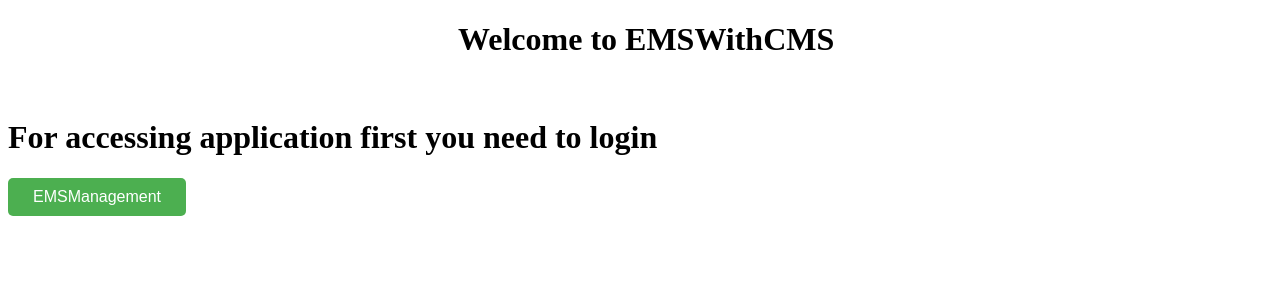
Repository: varnittyagi120/javaproject2
Page: eclipse-workspaceone/CMSWithEMSUsingServletInOptmiseWay/WebContent/index.html
An editor plug-in stored every save of this project. The page is shown before and after the next save, followed by the edit.
The browser window is 1280 px wide. The pictures show the whole page.

Above is the page before, as saved 2019-11-19 09:24:43.

### eclipse-workspaceone/CMSWithEMSUsingServletInOptmiseWay/WebContent/index.html
<!DOCTYPE html>
<html>
<style>
.button{
  background-color: #4CAF50;
  border: none;
  color: white;
  padding: 10px 25px;
  text-align: center;
  text-decoration: none;
  display: inline-block;
  font-size: 16px;

  border-radius:5px;
}

</style>
<body>
        <h1 style='margin-left:450px'>Welcome to EMSWithCMS</h1>
        <br>
        <h1 style='margin-left:'>For accessing application first you need to login</h1>
	    <a href = "StartOfEMS"><button style='margin-left:px'class="button" >EMSManagement</button></a><br><br>
</body>
</html>

After the next save:
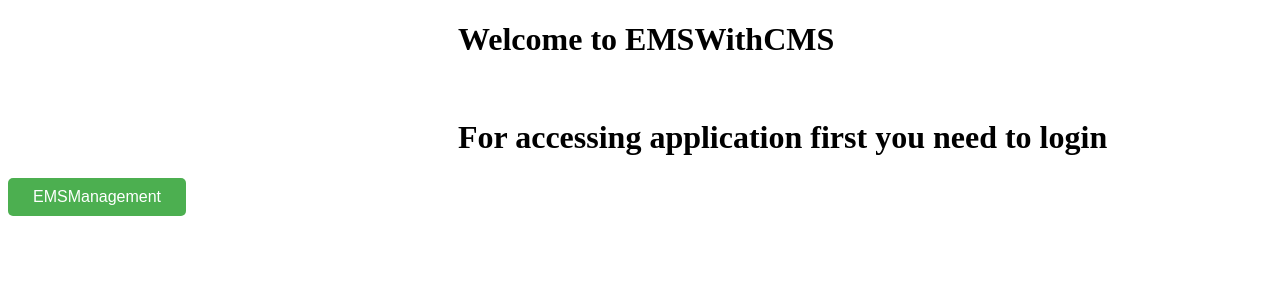
Saved 16 s later.
--- a/eclipse-workspaceone/CMSWithEMSUsingServletInOptmiseWay/WebContent/index.html
+++ b/eclipse-workspaceone/CMSWithEMSUsingServletInOptmiseWay/WebContent/index.html
@@ -18,7 +18,7 @@
 <body>
         <h1 style='margin-left:450px'>Welcome to EMSWithCMS</h1>
         <br>
-        <h1 style='margin-left:'>For accessing application first you need to login</h1>
+        <h1 style='margin-left:450px'>For accessing application first you need to login</h1>
 	    <a href = "StartOfEMS"><button style='margin-left:px'class="button" >EMSManagement</button></a><br><br>
 </body>
 </html>
